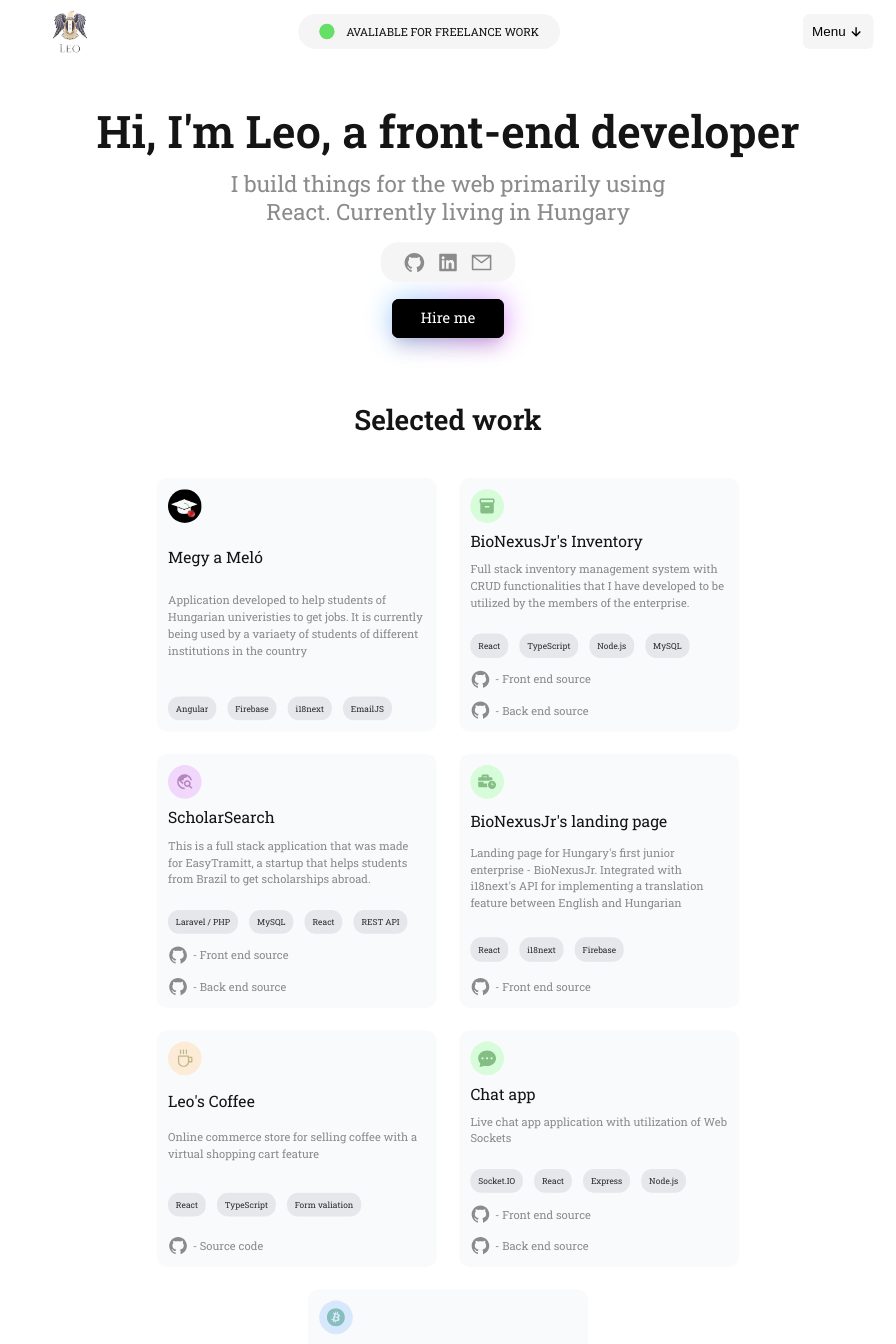
Repository: Leoka2000/portfolio-final
Page: /
The author's editor kept a copy of each file at every save. The page is drawn from the files as they stood at one save, then again after a run of saves.
The browser window is 1280 px wide. The pictures show the part of the page from y = 0 to 1920 px (the page is 3357 px tall), at 70% of full size.
Some web fonts or font styles are not loaded; a fallback is used. The project was rebuilt for these pictures with package versions that can differ from the ones it lists, and the page was loaded fresh each time. Some packages were replaced by stand-ins written for this rebuild. Also part of the build but not shown: src/App.css. Imported but missing from the stored project, and not drawn on this page: src/assets/BioNexus.mp4, src/assets/LeoCV.pdf, src/assets/ScholarSearch.mp4, src/assets/chat-app.mp4.

Above is the page before, as saved 2023-09-13 20:39:48.

After the next 2 saves:
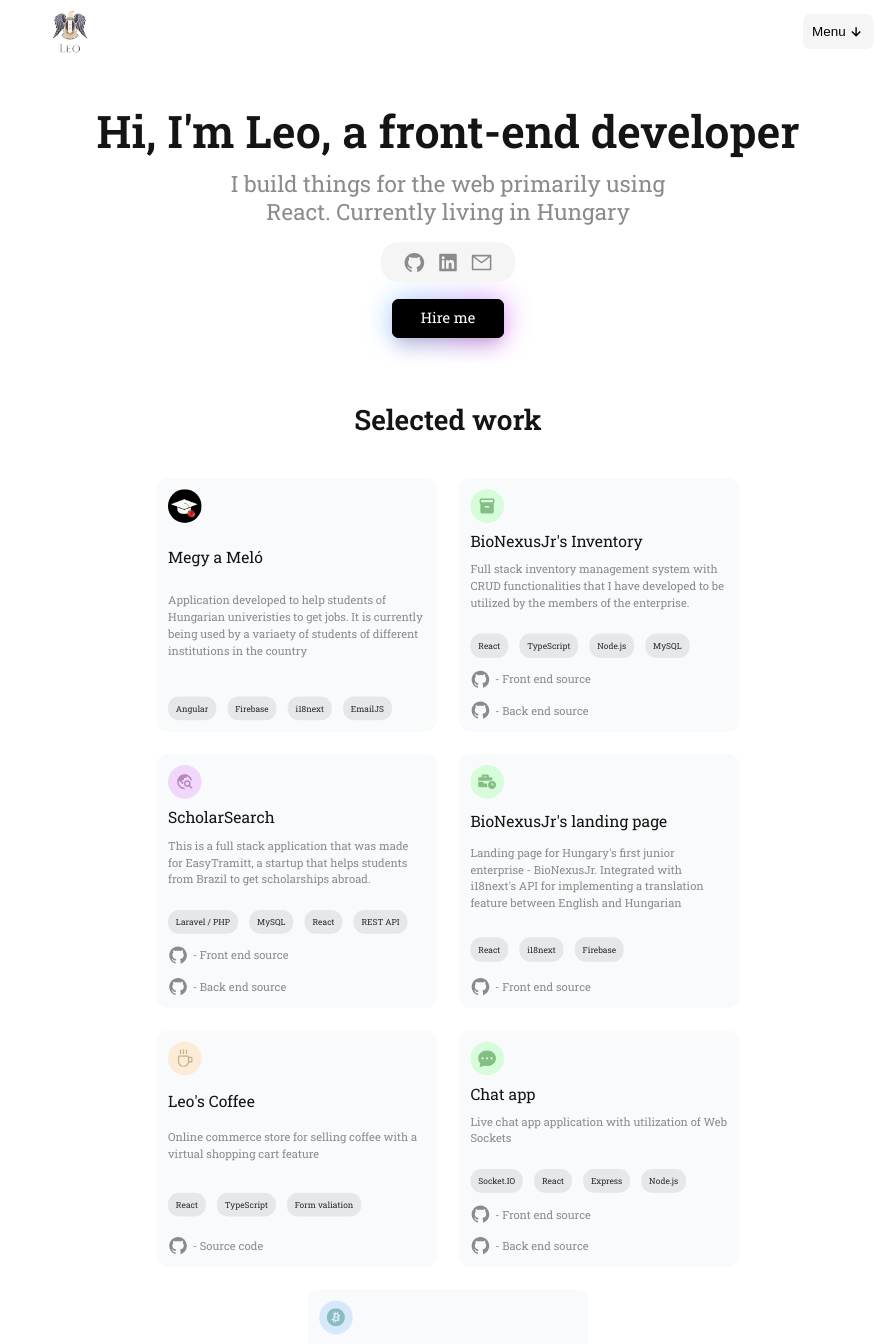
The 2 saves are shown as one change because 1 did not build or start.
The last was saved 6 days later.
--- a/src/compontents/navbar/navbar.js
+++ b/src/compontents/navbar/navbar.js
@@ -1,31 +1,32 @@
 import React, { useState } from 'react'
 import './navbar.css'
 import { BiDownArrowAlt } from 'react-icons/bi'
-import {AiOutlineClose} from 'react-icons/ai'
+import { AiOutlineClose } from 'react-icons/ai'
 import Leo from '../../assets/Leo.png'
 import { Link } from 'react-scroll'
 
 
 
-function Navbar () {
-const [dropDown, setDropDown] = useState(false);
+function Navbar() {
+  const [dropDown, setDropDown] = useState(false);
   return (
     <>
       <header className='nav-navbar'>
         <img src={Leo} />
-        <span>
+        {/* <span>
           <div></div>
-          <p>AVALIABLE FOR FREELANCE WORK</p></span>
+          <p>AVALIABLE FOR FREELANCE WORK</p>
+        </span>*/}
         <div className='dropdown-menu'>
-          <button onClick={() => {setDropDown(!dropDown)}}>{dropDown ? (<p>Close</p>): (<p>Menu</p>)}{dropDown ? (<AiOutlineClose/>) : (<BiDownArrowAlt />)}</button>
-         { dropDown ? (
-         <nav className='nav-dropdown'>
-          <div className='dropdown'>
-            <a><Link onClick={() => {setDropDown(!dropDown)}} to="work" spy={true} smooth={true} offset={100} duration={500}>Work</Link></a>
-            <a><Link onClick={() => {setDropDown(!dropDown)}} to="about" spy={true} smooth={true} offset={100} duration={500}>About</Link></a>
-            <a><Link onClick={() => {setDropDown(!dropDown)}} to="contact" spy={true} smooth={true} offset={100} duration={500}>Contact</Link></a>
-          </div>
-          </nav>) : ("") }
+          <button onClick={() => { setDropDown(!dropDown) }}>{dropDown ? (<p>Close</p>) : (<p>Menu</p>)}{dropDown ? (<AiOutlineClose />) : (<BiDownArrowAlt />)}</button>
+          {dropDown ? (
+            <nav className='nav-dropdown'>
+              <div className='dropdown'>
+                <a><Link onClick={() => { setDropDown(!dropDown) }} to="work" spy={true} smooth={true} offset={100} duration={500}>Work</Link></a>
+                <a><Link onClick={() => { setDropDown(!dropDown) }} to="about" spy={true} smooth={true} offset={100} duration={500}>About</Link></a>
+                <a><Link onClick={() => { setDropDown(!dropDown) }} to="contact" spy={true} smooth={true} offset={100} duration={500}>Contact</Link></a>
+              </div>
+            </nav>) : ("")}
         </div>
       </header>
     </>
